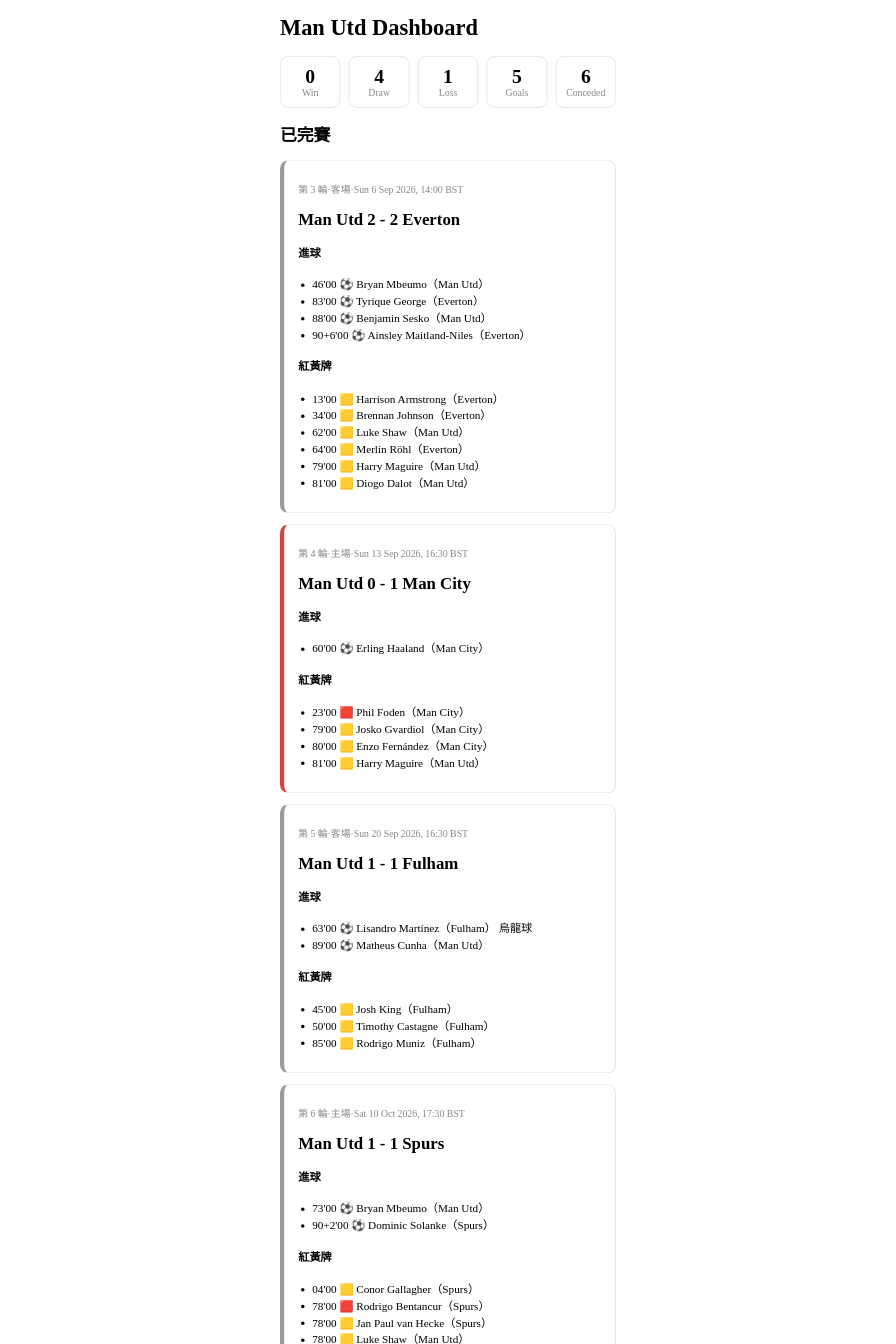
Repository: Chengyu0814/Premier-League-Dashboard
Page: / (app in frontend/)
These files come from the project's save history. The page is drawn as it stood at one moment and after a run of saves; the edit follows.
The browser window is 1280 px wide. The pictures show the part of the page from y = 0 to 1920 px (the page is 3004 px tall before and 3022 px after), at 70% of full size.
The project was rebuilt for these pictures with package versions that can differ from the ones it lists, and the page was loaded fresh each time. Also part of the build but not shown: frontend/vite.config.js.

Above is the page before, as saved 2026-10-27 14:07:53.

### frontend/src/App.jsx
import PremierLeague from'./PremierLeague.jsx';
import "./index.css";

function App() {

  return (
    <>
    <PremierLeague/>
    </>
)
}

export default App

### frontend/src/PremierLeague.jsx
import { useState, useEffect } from 'react'
import MatchCard from './MatchCard.jsx'
 import Summary from './Summary.jsx'

function PremierLeague() {

  const [matches, setMatches] = useState([])

  useEffect(() => {
    fetch('/man_utd_summary.json')
      .then((res) => res.json())
      .then((data) => {setMatches(data)})
    }, [])

  const finished = matches.filter((m) => m.status === 'C')
  const upcoming = matches.filter((m) => m.status === 'U')

  return (
    <div className="dashboard">
    <h1>Man Utd Dashboard</h1>
    <Summary matches={finished}/>
     <h2>已完賽</h2>
    {finished.map(
      (m) =>(<MatchCard key={m.gameweek} match={m} />)
    )}
    <h2>即將進行</h2>
    {upcoming.map((m) => <MatchCard key={m.gameweek} match={m} />)}
    </div>
)
}

export default PremierLeague

### frontend/src/index.css
.dashboard {
    max-width: 480px;
    margin: 0 auto;
    padding: 0 16px;
}

.match-card{
    border: 1px solid #ddd;
    border-radius: 12px;
    padding: 16px 20px;
    margin: 16px 0;
    max-width: 480px;
    text-align: left;
}

.match-card.result-W { border-left: 6px solid #2e9e5b; }
.match-card.result-D { border-left: 6px solid #9a9a9a; }
.match-card.result-L { border-left: 6px solid #d64545; }

.match-card .kickoff{
    color: #888;
    font-size: 14px;
}

.match-card ul{
    padding-left: 20px;
}

.summary {
    display: flex;
    gap: 12px;
    max-width: 480px;
}
.stat {
    flex: 1;
    border: 1px solid #ddd;
    border-radius: 12px;
    padding: 12px 0;
    text-align: center;
}
.stat-value {
    font-size: 28px;
    font-weight: bold;
}
.stat-label {
    color: #888;
    font-size: 14px;
}
.match-card.upcoming {
    border-style: dashed;
  }

### frontend/src/MatchCard.jsx
import { getSides, getResult } from './matchUtils.js'

const CARD_LABEL = { Y: '🟨', R: '🟥', YR: '🟨🟥' }

function MatchCard({ match }) {
  const { gameweek, kickoff, status, goals, cards } = match
  const { isHome, us, them } = getSides(match)
  const venue = isHome ? '主場' : '客場'

  if (status !== 'C') {
  return (
    <div className="match-card upcoming">
      <p className="kickoff">第 {gameweek} 輪·{venue}·{kickoff}</p>
      <h2>{us.team} vs {them.team}</h2>
    </div>
  )
  }
  const { result } = getResult(match)
  return (
  <div className={`match-card result-${result}`}>
    <p className="kickoff">第 {gameweek} 輪·{venue}·{kickoff}</p>
    <h2>{us.team} {us.score} - {them.score} {them.team}</h2>

    <h4>進球</h4>
    <ul>
    {goals.map((g, i) => (
      <li key={i}>
        {g.time} ⚽ {g.player}（{g.team}）
        {g.type === 'O' && ' 烏龍球'}
        {g.type === 'P' && ' 點球'}
      </li>
      ))}

    </ul>
    <h4>紅黃牌</h4>
    <ul>
      {cards.map((c, i) => (
        <li key={i}>
          {c.time} {CARD_LABEL[c.card]} {c.player}（{c.team}）
        </li>
    ))}
    </ul>
  </div>
  )
}

export default MatchCard

### frontend/src/Summary.jsx
import { getResult } from './matchUtils.js'

function Summary({ matches }) {
    let win = 0, draw = 0, loss = 0, goalsFor = 0, goalsAgainst = 0

    for (const m of matches) {

        const {us, them, result} = getResult(m)

        goalsFor += us.score
        goalsAgainst += them.score
        if (result==="W") win++
        else if (result==="D") draw++
        else loss++
    }

    const stats = [
        { label: 'Win', value: win },
        { label: 'Draw', value: draw },
        { label: 'Loss', value: loss },
        { label: 'Goals', value: goalsFor },
        { label: 'Conceded', value: goalsAgainst }
    ]

    return (

    <div className="summary">
        {stats.map((s) => (
        <div key={s.label} className="stat">
            <div className="stat-value">{s.value}</div>
            <div className="stat-label">{s.label}</div>
        </div>
        ))}
    </div>
    )
}

export default Summary

### frontend/src/matchUtils.js
export const TEAM = 'Man Utd'

export function getSides(match) {
    const isHome = match.home.team === TEAM
    const us = isHome ? match.home : match.away
    const them = isHome ? match.away : match.home
    return { isHome, us, them }
}

export function getResult(match) {
    const { us, them } = getSides(match)

    let result = 'D'
    if (us.score > them.score) result = 'W'
    else if (us.score < them.score) result = 'L'

    return { us, them, result }
}

### frontend/public/man_utd_summary.json
[
  {
    "gameweek": 3,
    "kickoff": "Sun 6 Sep 2026, 14:00 BST",
    "status": "C",
    "home": {
      "team": "Everton",
      "score": 2
    },
    "away": {
      "team": "Man Utd",
      "score": 2
    },
    "goals": [
      {
        "time": "46'00",
        "team": "Man Utd",
        "player": "Bryan Mbeumo",
        "type": "G"
      },
      {
        "time": "83'00",
        "team": "Everton",
        "player": "Tyrique George",
        "type": "G"
      },
      {
        "time": "88'00",
        "team": "Man Utd",
        "player": "Benjamin Sesko",
        "type": "G"
      },
      {
        "time": "90+6'00",
        "team": "Everton",
        "player": "Ainsley Maitland-Niles",
        "type": "G"
      }
    ],
    "cards": [
      {
        "time": "13'00",
        "team": "Everton",
        "player": "Harrison Armstrong",
        "card": "Y"
      },
      {
        "time": "34'00",
        "team": "Everton",
        "player": "Brennan Johnson",
        "card": "Y"
      },
      {
        "time": "62'00",
        "team": "Man Utd",
        "player": "Luke Shaw",
        "card": "Y"
      },
      {
        "time": "64'00",
        "team": "Everton",
        "player": "Merlin Röhl",
        "card": "Y"
      },
      {
        "time": "79'00",
        "team": "Man Utd",
        "player": "Harry Maguire",
        "card": "Y"
      },
      {
        "time": "81'00",
        "team": "Man Utd",
        "player": "Diogo Dalot",
        "card": "Y"
      }
    ]
  },
  {
    "gameweek": 4,
    "kickoff": "Sun 13 Sep 2026, 16:30 BST",
    "status": "C",
    "home": {
      "team": "Man Utd",
      "score": 0
    },
    "away": {
      "team": "Man City",
      "score": 1
    },
    "goals": [
      {
        "time": "60'00",
        "team": "Man City",
        "player": "Erling Haaland",
        "type": "G"
      }
    ],
    "cards": [
      {
        "time": "23'00",
        "team": "Man City",
        "player": "Phil Foden",
        "card": "R"
      },
      {
        "time": "79'00",
        "team": "Man City",
        "player": "Josko Gvardiol",
        "card": "Y"
      },
      {
        "time": "80'00",
        "team": "Man City",
        "player": "Enzo Fernández",
        "card": "Y"
      },
      {
        "time": "81'00",
        "team": "Man Utd",
        "player": "Harry Maguire",
        "card": "Y"
      }
    ]
  },
  {
    "gameweek": 5,
    "kickoff": "Sun 20 Sep 2026, 16:30 BST",
    "status": "C",
    "home": {
      "team": "Fulham",
      "score": 1
    },
    "away": {
      "team": "Man Utd",
      "score": 1
    },
    "goals": [
      {
        "time": "63'00",
        "team": "Fulham",
        "player": "Lisandro Martínez",
        "type": "O"
      },
      {
        "time": "89'00",
        "team": "Man Utd",
        "player": "Matheus Cunha",
        "type": "G"
      }
    ],
    "cards": [
      {
        "time": "45'00",
        "team": "Fulham",
        "player": "Josh King",
        "card": "Y"
      },
      {
        "time": "50'00",
        "team": "Fulham",
        "player": "Timothy Castagne",
        "card": "Y"
      },
      {
        "time": "85'00",
        "team": "Fulham",
        "player": "Rodrigo Muniz",
        "card": "Y"
      }
    ]
  },
  {
    "gameweek": 6,
    "kickoff": "Sat 10 Oct 2026, 17:30 BST",
    "status": "C",
    "home": {
      "team": "Man Utd",
      "score": 1
    },
    "away": {
      "team": "Spurs",
      "score": 1
    },
    "goals": [
      {
        "time": "73'00",
        "team": "Man Utd",
        "player": "Bryan Mbeumo",
        "type": "G"
      },
      {
        "time": "90+2'00",
        "team": "Spurs",
        "player": "Dominic Solanke",
        "type": "G"
      }
    ],
    "cards": [
      {
        "time": "04'00",
        "team": "Spurs",
        "player": "Conor Gallagher",
        "card": "Y"
      },
      {
        "time": "78'00",
        "team": "Spurs",
        "player": "Rodrigo Bentancur",
        "card": "R"
      },
      {
        "time": "78'00",
        "team": "Spurs",
        "player": "Jan Paul van Hecke",
        "card": "Y"
      },
      {
        "time": "78'00",
        "team": "Man Utd",
        "player": "Luke Shaw",
        "card": "Y"
      },
      {
        "time": "84'00",
        "team": "Man Utd",
        "player": "Bruno Fernandes",
        "card": "Y"
      },
      {
        "time": "87'00",
        "team": "Man Utd",
        "player": "Lisandro Martínez",
        "card": "Y"
      },
      {
        "time": "90+6'00",
        "team": "Man Utd",
        "player": "Diogo Dalot",
        "card": "Y"
      },
      {
        "time": "90+8'00",
        "team": "Spurs",
        "player": "Archie Gray",
        "card": "Y"
      }
    ]
  },
  {
    "gameweek": 7,
    "kickoff": "Sun 18 Oct 2026, 14:00 BST",
    "status": "C",
    "home": {
      "team": "Leeds",
      "score": 1
    },
    "away": {
      "team": "Man Utd",
      "score": 1
    },
    "goals": [
      {
        "time": "35'00",
        "team": "Man Utd",
        "player": "Bryan Mbeumo",
        "type": "G"
      },
      {
        "time": "51'00",
        "team": "Leeds",
        "player": "Dominic Calvert-Lewin",
        "type": "G"
      }
    ],
    "cards": [
      {
        "time": "17'00",
        "team": "Man Utd",
        "player": "Bruno Fernandes",
        "card": "Y"
      },
      {
        "time": "19'00",
        "team": "Leeds",
        "player": "Gabriel Gudmundsson",
        "card": "Y"
      },
      {
        "time": "90+2'00",
        "team": "Man Utd",
        "player": "Andrey Santos",
        "card": "Y"
      },
      {
        "time": "90+2'00",
        "team": "Leeds",
        "player": "Ethan Ampadu",
        "card": "Y"
      }
    ]
  },
  {
    "gameweek": 8,
    "kickoff": "Sun 25 Oct 2026, 14:00 GMT",
    "status": "U",
    "home": {
      "team": "Man Utd",
      "score": null
    },
    "away": {
      "team": "Bournemouth",
      "score": null
    },
    "goals": [],
    "cards": []
  },
  {
    "gameweek": 9,
    "kickoff": "Sat 31 Oct 2026, 12:30 GMT",
    "status": "U",
    "home": {
      "team": "Chelsea",
      "score": null
    },
    "away": {
      "team": "Man Utd",
      "score": null
    },
    "goals": [],
    "cards": []
  },
  {
    "gameweek": 10,
    "kickoff": "Sun 8 Nov 2026, 16:30 GMT",
    "status": "U",
    "home": {
      "team": "Man Utd",
      "score": null
    },
    "away": {
      "team": "Aston Villa",
      "score": null
    },
    "goals": [],
    "cards": []
  }
]

Loaded but not shown: frontend/index.html (common file); frontend/src/main.jsx (common file)

After the next 7 saves:
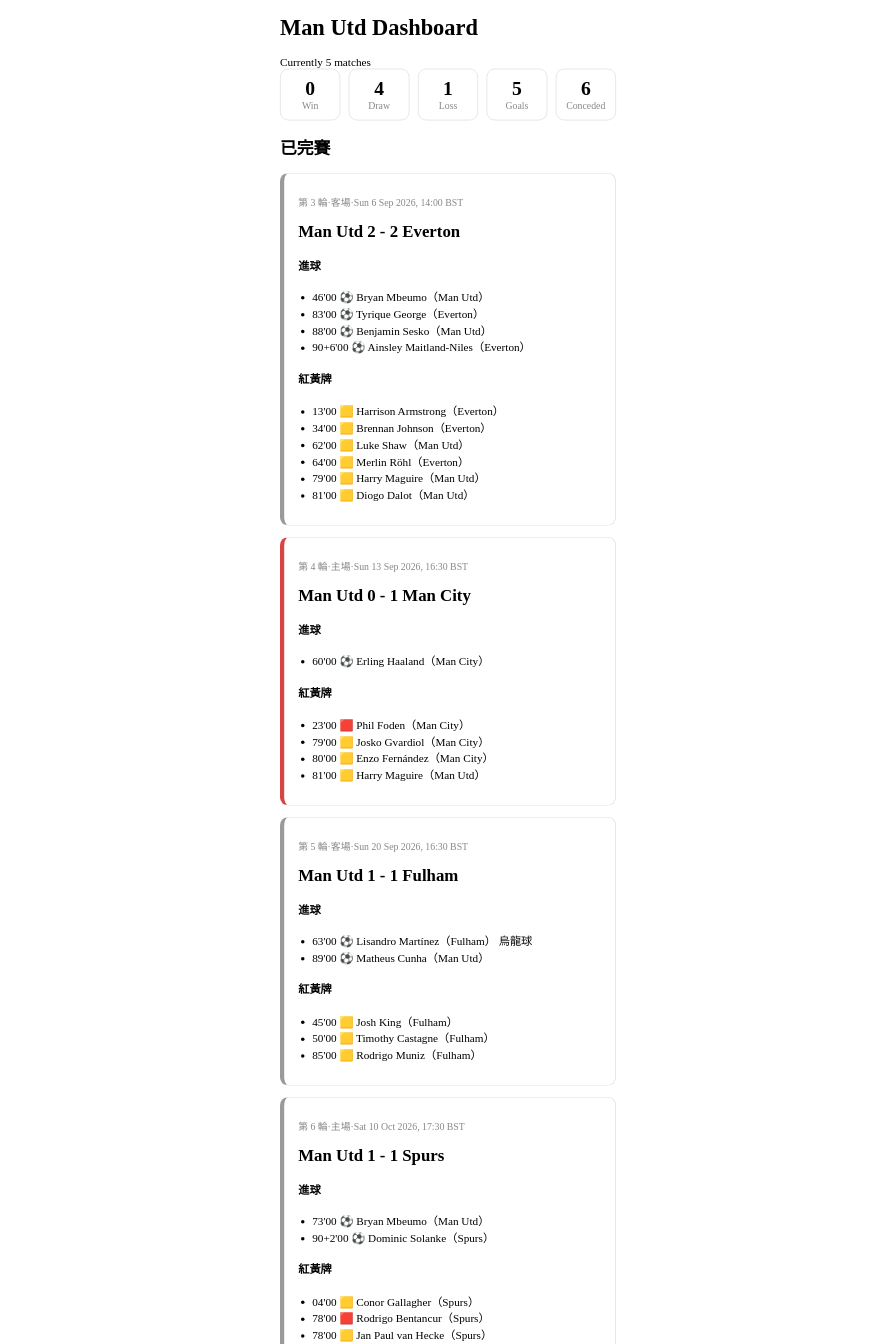
The 7 saves are shown as one change because 1 did not build or start and some came seconds apart.
The last was saved 23 s later.
--- a/frontend/src/Summary.jsx
+++ b/frontend/src/Summary.jsx
@@ -23,7 +23,8 @@
     ]
 
     return (
-
+    <div>
+    <div className="match-count">Currently {matches.length} matches</div>
     <div className="summary">
         {stats.map((s) => (
         <div key={s.label} className="stat">
@@ -32,6 +33,7 @@
         </div>
         ))}
     </div>
+    </div>
     )
 }
 
